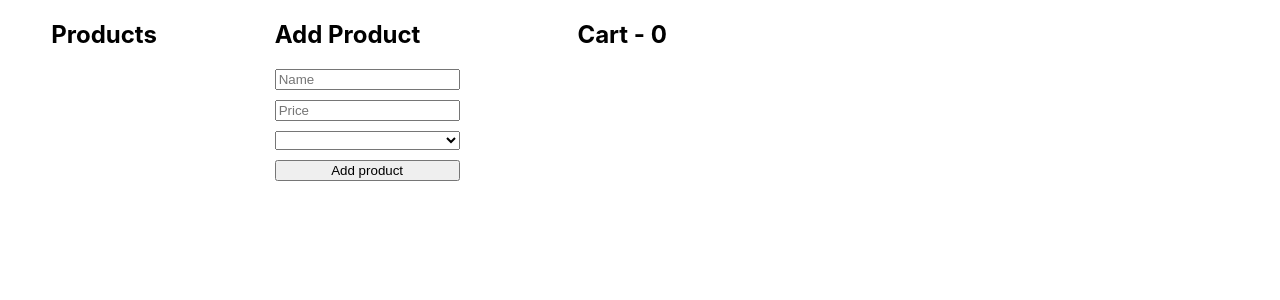
Repository: zcoderboy/redux-workout
Page: /
An editor plug-in stored every save of this project. The page is shown before and after a run of saves, followed by the edit.
The browser window is 1280 px wide. The pictures show the whole page.
The project was rebuilt for these pictures with package versions that can differ from the ones it lists, and the page was loaded fresh each time. Also part of the build but not shown: src/Product.js.

Above is the page before, as saved 2020-08-19 21:24:41.

### src/index.js
import React from 'react';
import ReactDOM from 'react-dom';
import './index.css';
import App from './App';
import * as serviceWorker from './serviceWorker';
import reducer from './reducers'
import {createStore} from 'redux'
import {Provider} from 'react-redux'

const store = createStore(reducer,window.__REDUX_DEVTOOLS_EXTENSION__ && window.__REDUX_DEVTOOLS_EXTENSION__())

ReactDOM.render(
  <Provider store={store}>
    <React.StrictMode>
      <App />
    </React.StrictMode>
  </Provider>,
  document.getElementById('root')
);

// If you want your app to work offline and load faster, you can change
// unregister() to register() below. Note this comes with some pitfalls.
// Learn more about service workers: https://bit.ly/CRA-PWA
serviceWorker.unregister();

### src/App.js
import React from 'react';
import './App.css';
import ProductListContainer from './containers/ProductListContainer';
import ProductAddContainer from './containers/ProductAddContainer';
import CartContainer from './containers/CartContainer';

function App() {
  return (
    <div className="App">
      <ProductListContainer/>
      <ProductAddContainer/>
      <CartContainer/>
    </div>
  );
}

export default App;

### src/reducers/index.js
import {combineReducers} from 'redux'
import cart from './CartReducer'
import products from './ProductReducer'
import categories from './CategoryReducer'

export default combineReducers({
  cart,
  products,
  categories
})

### src/App.css
.App {
  padding: 0 4vw;
}
.App{
  display: flex;
}
.App > * + * {
  margin-left: 10%;
}

.App-logo {
  height: 40vmin;
  pointer-events: none;
}

@media (prefers-reduced-motion: no-preference) {
  .App-logo {
    animation: App-logo-spin infinite 20s linear;
  }
}

.App-header {
  background-color: #282c34;
  min-height: 100vh;
  display: flex;
  flex-direction: column;
  align-items: center;
  justify-content: center;
  font-size: calc(10px + 2vmin);
  color: white;
}

.App-link {
  color: #61dafb;
}

@keyframes App-logo-spin {
  from {
    transform: rotate(0deg);
  }
  to {
    transform: rotate(360deg);
  }
}

### src/containers/ProductListContainer.js
import {connect} from 'react-redux'
import ProductList from '../ProductList'

const mapStateToProps = (state) => {
  return {
    products: Object.keys(state.products)
  }
}

export default connect(mapStateToProps,null)(ProductList)

### src/containers/ProductAddContainer.js
import {connect} from 'react-redux'
import ProductAdd from '../ProductAdd'

const mapStateToProps = (state) => {
  return {
    keys: Object.keys(state.categories),
    categories: state.categories
  }
}

const mapDispatchToProps = (dispatch) => {
  return{
    addProduct: (product) => {
      product.id = Date.now()
      dispatch({
        type: 'ADD_PRODUCT',
        payload: product
      })
    }
  }
}

export default connect(mapStateToProps,mapDispatchToProps)(ProductAdd)

### src/containers/CartContainer.js
import {connect} from 'react-redux'
import Cart from '../Cart'
import {createSelector} from 'reselect'

const getCart = (state) => state.cart

const selectTotalCount = createSelector(
  [getCart],
  (cart) => {
    return cart.items.reduce(function(acc,item){
      return acc + item.qty
    },0)
  }
)

const mapStateToProps = (state) => {
  return {
    cart: state.cart,
    totalCount: selectTotalCount(state)
  }
}

export default connect(mapStateToProps,null)(Cart)

### src/reducers/CartReducer.js
import { act } from "react-dom/test-utils";
import Product from "../Product";

const defaultCart = {
  items: [],
}

const cart = (cart = defaultCart, action) => {
  if(action.type === "ADD_TO_CART"){
    let update = false
    cart.items.forEach(product => {
      if(product.id === action.payload.id){
        update = true
        product.qty++
      }
    })
    return update ? {...cart} : {items: [...cart.items,action.payload]}
  }
  return cart;
}

export default cart

### src/reducers/ProductReducer.js
import normalizedData from '../normalizedState'


const products = (products = normalizedData.entities.products, action) => {
  if(action.type === "ADD_PRODUCT"){
    return {
      ...products,
      [action.payload.id] : action.payload
    }
  }

  return products
}

export default products

### src/reducers/CategoryReducer.js
import normalizedData from '../normalizedState'

const categories = (categories = normalizedData.entities.categories, action) => {
  return categories
}

export default categories

### src/ProductList.js
import React from 'react'
import ProductContainer from './containers/ProductContainer'

const ProductList = ({products}) => {
  return (
    <div>
      <h2>Products</h2>
      {
        products.map(product => (
          <ProductContainer key={product} productId={product}/>
        ))
      }
    </div>
  )
}

export default ProductList

### src/ProductAdd.js
import React,{useReducer} from 'react'

const formReducer = (state, action) => {
  if(action.type === "UPDATE_STATE"){
    return {
      ...state,
      ...action.payload
    }
  }
  return state
}

const ProductAdd = ({keys,categories,addProduct}) => {
  const [state,dispatch] = useReducer(formReducer,{})

  const handleChange = (event) => {
    dispatch({
      type: 'UPDATE_STATE',
      payload: {
        [event.target.name] : event.target.value
      }
    })
  }

  return (
    <div>
      <h2>Add Product</h2>
      <form onSubmit={(event) => {
        event.preventDefault()
        addProduct(state)
        event.target.reset()
      }} style={{
        display: "flex",
        flexDirection: "column",
      }}>
        <input style={{
          marginBottom: "10px"
        }} type="text" name="name" placeholder="Name" onChange={ (event) => handleChange(event) }></input>
        <input style={{
          marginBottom: "10px"
        }} type="number" name="price" placeholder="Price" onChange={ (event) => handleChange(event) }></input>
        <select style={{
          marginBottom: "10px"
        }} name="category" onChange={ (event) => handleChange(event) }>
          {
            keys.map(key=>{
              return(
                <option key={key} value={key}>{categories[key].name}</option>
              )
            })
          }
        </select>
        <button type="submit" value="Add">Add product</button>
      </form>
    </div>
  )
}

export default ProductAdd

### src/Cart.js
import React from 'react'

const Cart = ({cart,totalCount}) => {
  return(
    <div>
      <h2>Cart - {totalCount}</h2>
      {
        cart.items.map(product=>(
          <h4 key={product.id}>{product.name} - {product.qty}x</h4>
        ))
      }
    </div>
  )
}

export default Cart

### src/normalizedState.js
import {schema, normalize} from 'normalizr'
import defaultState from './products.json'

const category = new schema.Entity('categories')

const product = new schema.Entity('products', {
  category: category
})

const normalizedData = normalize(defaultState.products,[product])

export default normalizedData

### src/containers/ProductContainer.js
import { connect } from 'react-redux'
import Product from '../Product'

const mapStateToProps = (state,ownProps) =>{
  return{
    product: state.products[ownProps.productId]
  }
}

const mapDispatchToProps = (dispatch) => {
  return{
    addToCart: (product) => {
      dispatch({
        type: 'ADD_TO_CART',
        payload: {
          ...product,
          qty: 1
        }
      })
    }
  }
}

export default connect(mapStateToProps,mapDispatchToProps)(Product)

### src/products.json
{
  "products": [
    {
      "id": "3562143125784682734",
      "name": "Amiri Jeans",
      "price": "345",
      "category": {
        "id": "2135412642837212401",
        "name": "Pants"
      }
    },
    {
      "id": "5562143125784682734",
      "name": "Cactus Jack's Jordan 7",
      "price": "145",
      "category": {
        "id": "5135412642837212401",
        "name": "Shoes"
      }
    }
  ]
}

Loaded but not shown: public/index.html (common file); src/index.css (common file); src/serviceWorker.js (common file)

After the next 2 saves:
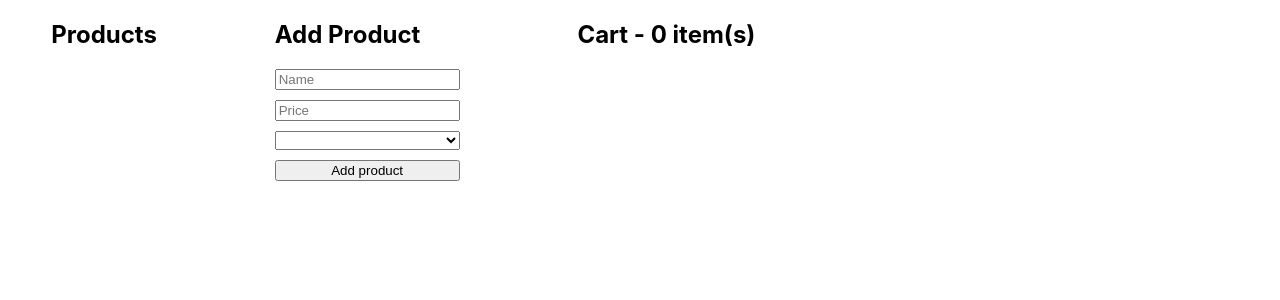
The 2 saves are shown as one change because they came seconds apart.
The last was saved 8 s later.
--- a/src/Cart.js
+++ b/src/Cart.js
@@ -3,7 +3,7 @@ import React from 'react'
 const Cart = ({cart,totalCount}) => {
   return(
     <div>
-      <h2>Cart - {totalCount}</h2>
+      <h2>Cart - {totalCount} item(s)</h2>
       {
         cart.items.map(product=>(
           <h4 key={product.id}>{product.name} - {product.qty}x</h4>
